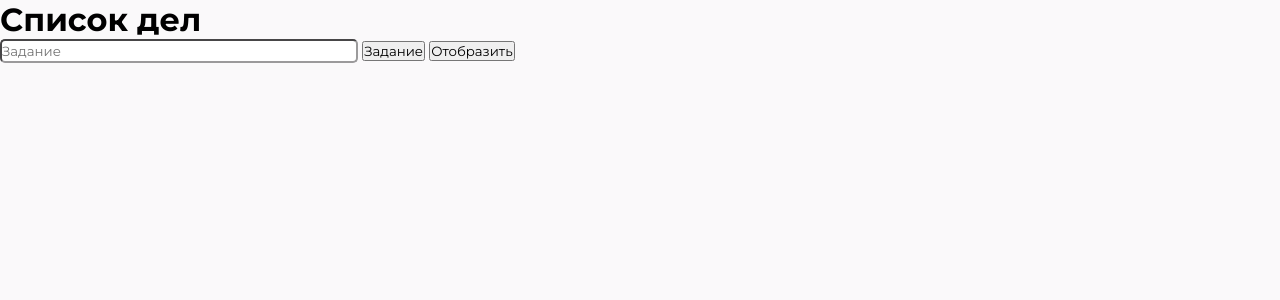
Repository: andbaik/it_unit9
Page: index.html
An editor plug-in stored every save of this project. The page is shown before and after the next save, followed by the edit.
The browser window is 1280 px wide. The pictures show the whole page.

Above is the page before, as saved 2021-04-06 21:54:12.

### index.html
<!DOCTYPE html>
<html lang="ru">
<head>
    <meta charset="UTF-8">
    <meta http-equiv="X-UA-Compatible" content="IE=edge">
    <meta name="viewport" content="width=device-width, initial-scale=1.0">
    <title>Список дел</title>
    <link rel="stylesheet" href="/css/style.css">
</head>
<body>

    <head>
        <h1>Список дел</h1>
    </head>
    <section>
        <input type="text" name="task" id="task" placeholder="Задание">
        <button class="add-task btn">Задание</button>
        <button class="show-task btn">Отобразить</button>
        <div class="result"></div>
    </section>
</body>
</html>

### css/style.css
@import url('https://fonts.googleapis.com/css2?family=Montserrat:wght@400;700&display=swap');

* {
    margin: 0;
    padding: 0;
    font-family: 'Montserrat', sans-serif;

}

body {
background-color: #FAF9FA;
}

input {
    width: 354px;
    height: 20px;
    border-radius: 5px;
    border-color: #9B9A9B;

    color: #6B6A6B;
}

9B999B - border
F2F1F2 - btn bacground
6B696B - plasholder color text
C2C1C2 - btn text color

848384 - div color text
C2C1C2 border color div

After the next save:
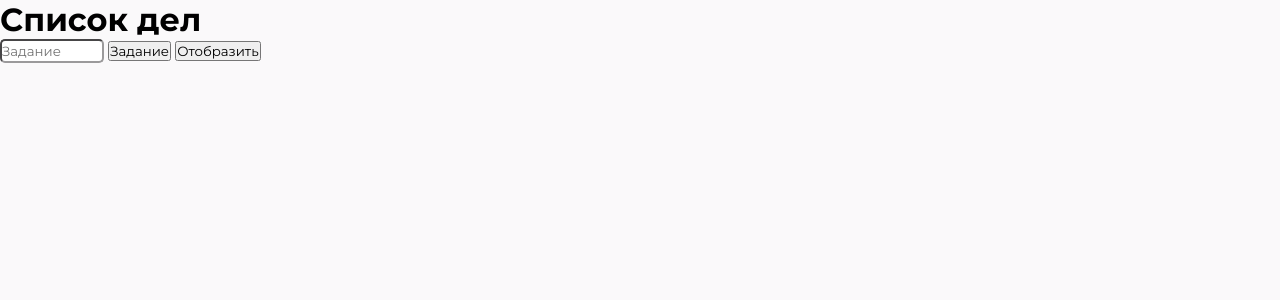
Saved 7 s later.
--- a/css/style.css
+++ b/css/style.css
@@ -12,7 +12,7 @@ background-color: #FAF9FA;
 }
 
 input {
-    width: 354px;
+    width: 100px;
     height: 20px;
     border-radius: 5px;
     border-color: #9B9A9B;
